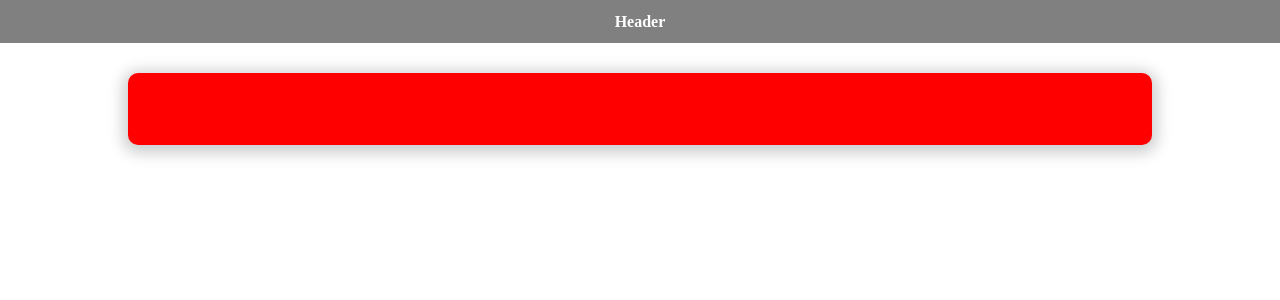
Repository: mateus-henrique-silva/react-system
Page: /
The author's editor kept a copy of each file at every save. The page is drawn from the files as they stood at one save, then again after the next save.
The browser window is 1280 px wide. The pictures show the whole page.
The project was rebuilt for these pictures with package versions that can differ from the ones it lists, and the page was loaded fresh each time.

Above is the page before, as saved 2022-09-23 15:29:50.

### src/App.js
import Header from './Components/Header/Header'
import Box from './Components/Box/Box'
import './global.css'

function App() {
  return (
    <div className="App">
      <Header/>
      <Box/>
    </div>
  );
}

export default App;

### src/Components/Header/Header.jsx
import React from 'react'
import './Styles.css'

const Header = () => {
  return (
    <div className="header">Header</div>
  )
}

export default Header

### src/Components/Box/Box.jsx
import React from "react";
import "./Styles.css";
const Box = () => {
  return (
    <div className="box-prime">
      <div className="box"></div>
    </div>
  );
};

export default Box;

### src/global.css
*{
    margin:0;
    border:0;
}

.App{


}

### src/Components/Header/Styles.css
.header{
    justify-content: center;
   display: flex;
   background-color:#808080;
   height:6vh;
   align-items: center;
   color: white;
   font-weight: bold;
}

### src/Components/Box/Styles.css
.box {
  width: 80vw;
  height: 10vh;
  background: red;
  border-radius: 10px;
  -webkit-box-shadow: 0px 3px 15px 5px rgba(0, 0, 0, 0.2);
  box-shadow: 0px 3px 15px 5px rgba(0, 0, 0, 0.2);
}

.box-prime {
  display: flex;
  justify-content: center;
  margin: 30px;
}

Loaded but not shown: public/index.html (common file); src/index.js (common file); src/reportWebVitals.js (common file)

After the next save:
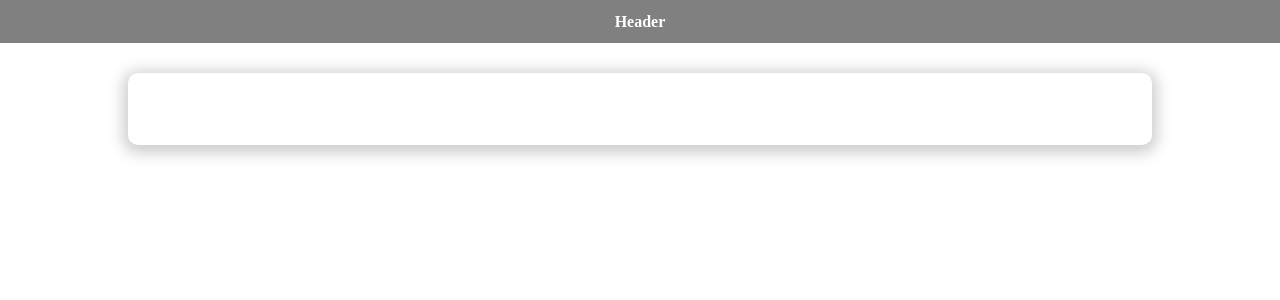
Saved 10 s later.
--- a/src/Components/Box/Styles.css
+++ b/src/Components/Box/Styles.css
@@ -1,7 +1,7 @@
 .box {
   width: 80vw;
   height: 10vh;
-  background: red;
+
   border-radius: 10px;
   -webkit-box-shadow: 0px 3px 15px 5px rgba(0, 0, 0, 0.2);
   box-shadow: 0px 3px 15px 5px rgba(0, 0, 0, 0.2);
